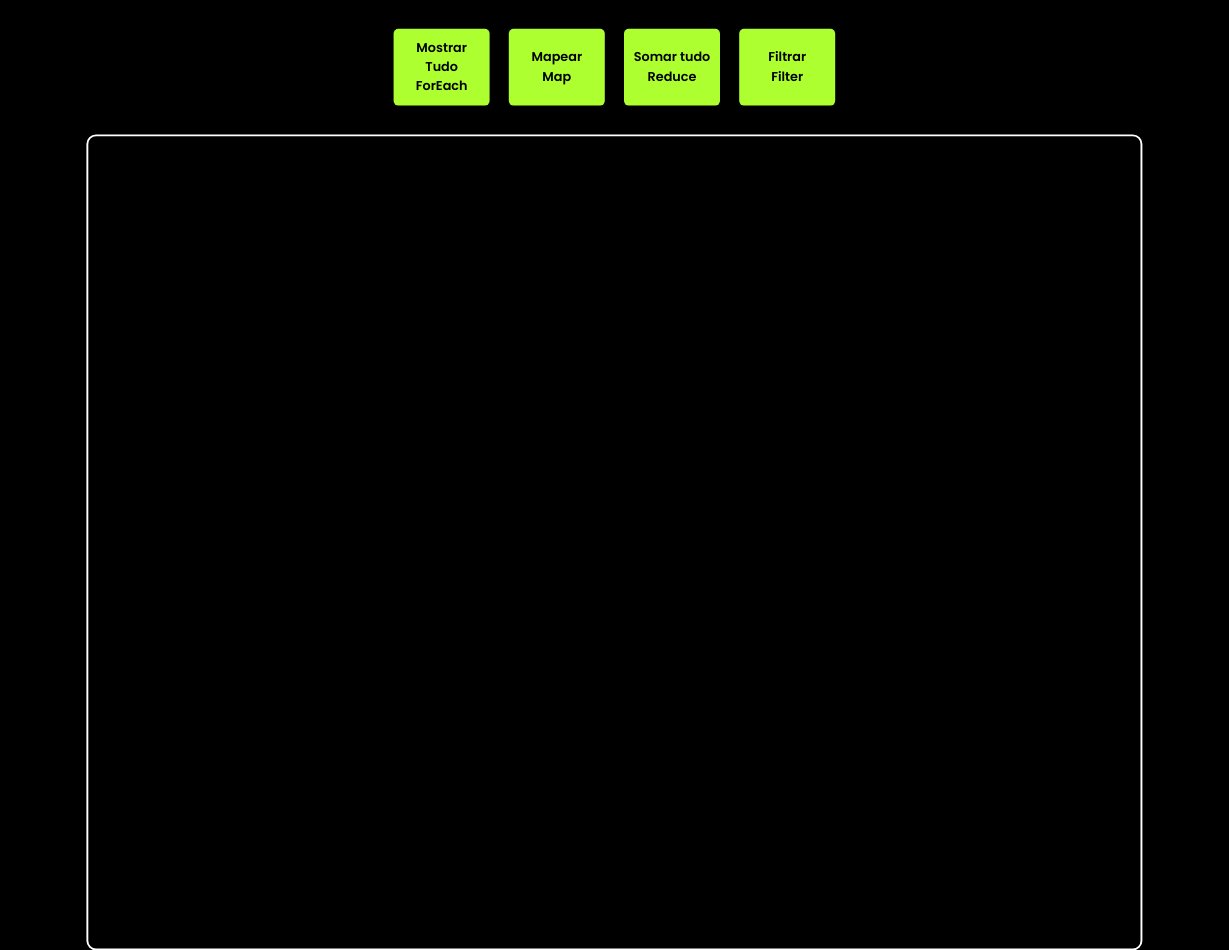
Repository: templaterj1991-Luiz/Main
Page: DevClub/Javascript/DevBurguer/index.html
The author's editor kept a copy of each file at every save. The page is drawn from the files as they stood at one save, then again after a run of saves.
The browser window is 1280 px wide. The pictures show the whole page, at 96% of full size.
After loading, the first visible `#botao2` was clicked once.
Pictures or frames that could not be fetched are drawn as grey boxes.

Above is the page before, as saved 2026-05-19 18:17:05.

After the next 4 saves:
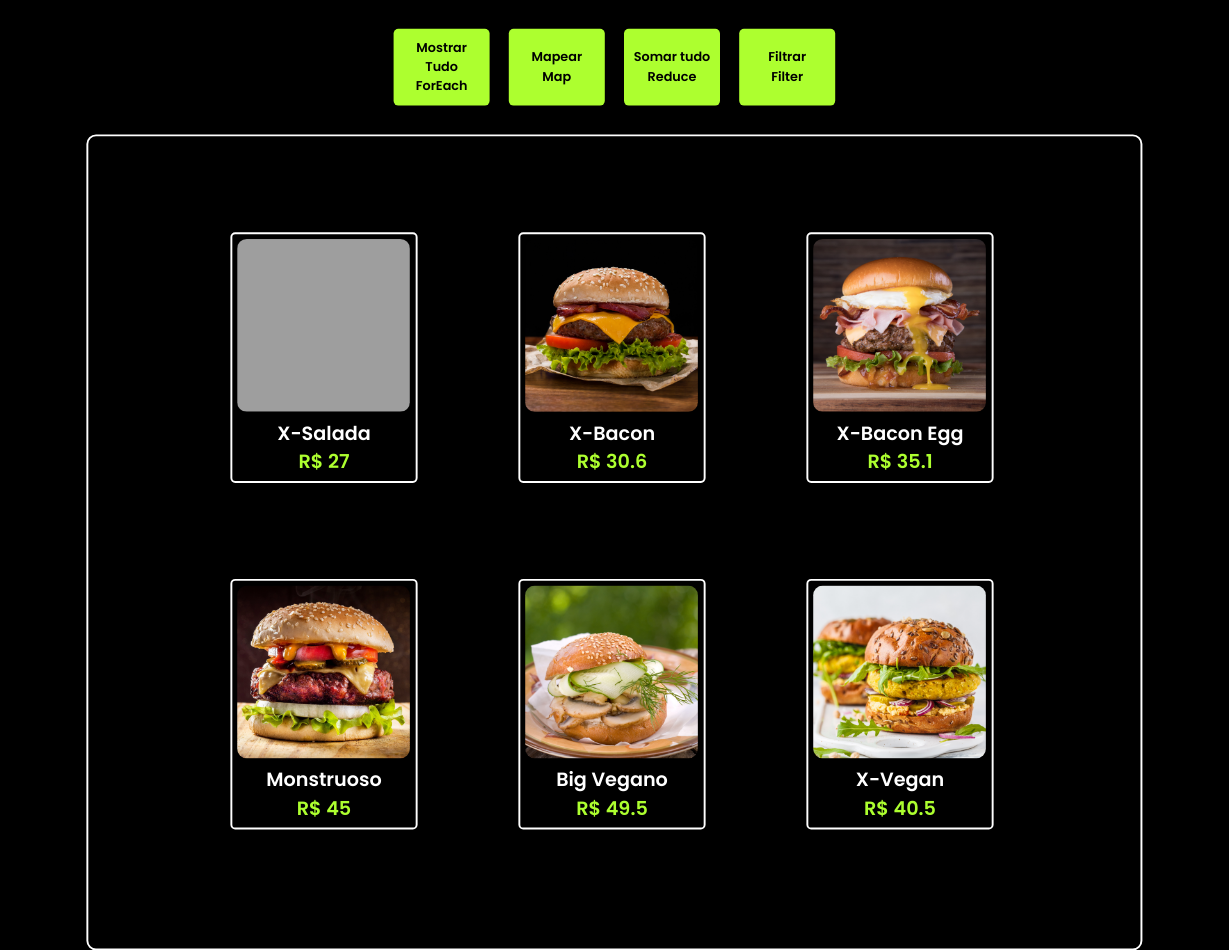
The 4 saves are shown as one change because they came seconds apart.
The last was saved 14 s later.
--- a/DevClub/Javascript/DevBurguer/javascript.js
+++ b/DevClub/Javascript/DevBurguer/javascript.js
@@ -25,7 +25,7 @@ function mapitens() {
 ))
 
 
-
+ Showscreen(newprices)
 }
 
 
